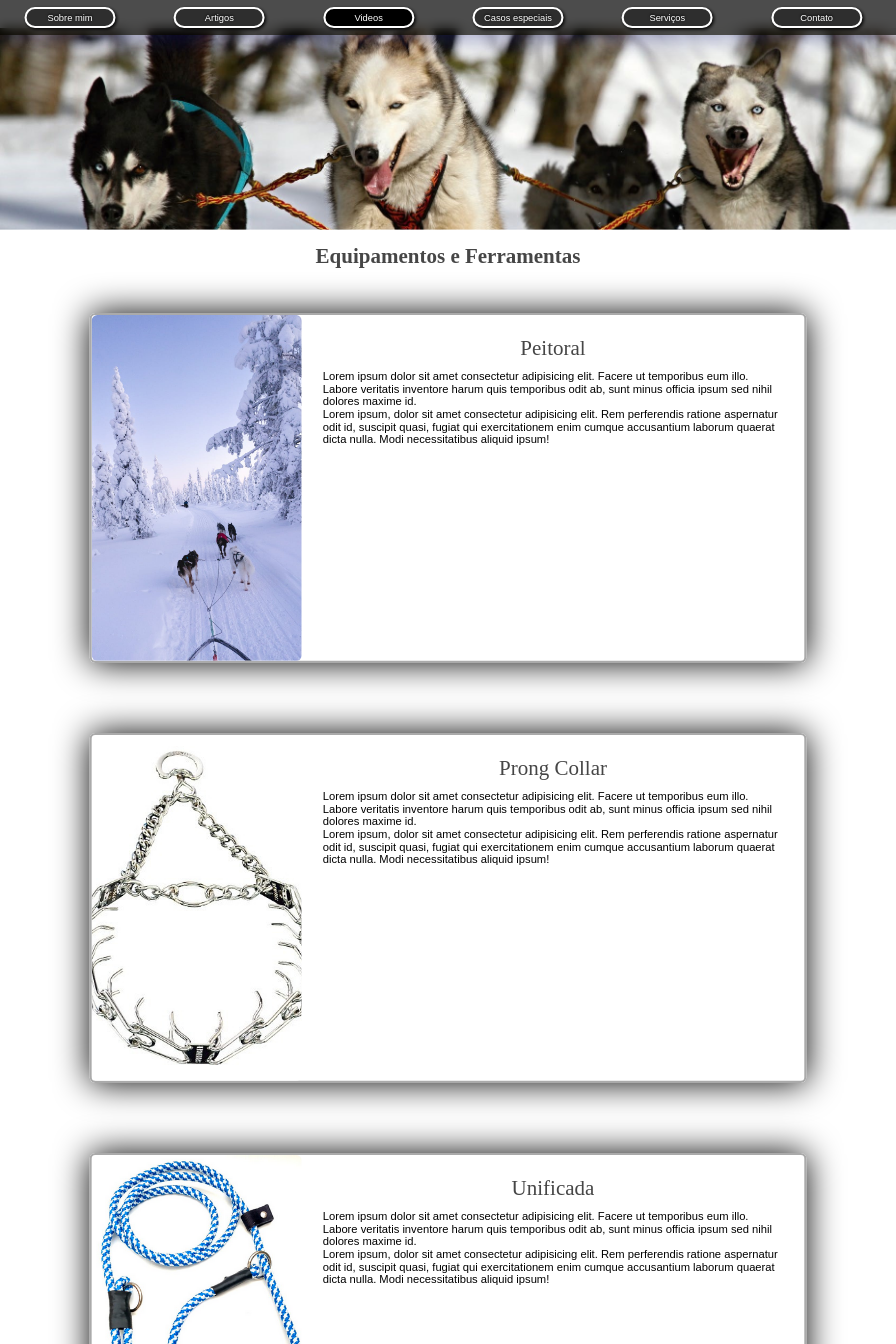
Repository: KevynMarques/Blog-React-StyledComponent
Page: /, after clicking the first element matching `button.sc-gEvEer`
The author's editor kept a copy of each file at every save. The page is drawn from the files as they stood at one save, then again after the next save.
The browser window is 1280 px wide. The pictures show the part of the page from y = 0 to 1920 px (the page is 3448 px tall before and 3353 px after), at 70% of full size.
The project was rebuilt for these pictures with package versions that can differ from the ones it lists, and the page was loaded fresh each time. Also part of the build but not shown: src/Components/Comportamental/index.jsx, src/Components/Clientes/index.jsx, src/Components/Serviços/index.jsx, src/Components/Contato/index.jsx.

Above is the page before, as saved 2022-02-21 14:28:32.

### public/index.html
<!DOCTYPE html>
<html lang="pt-BR">
  <head>
    <meta charset="utf-8" />
    <link rel="icon" href="%PUBLIC_URL%/favicon.ico" />
    <meta name="viewport" content="width=device-width, initial-scale=1" />
    <meta name="theme-color" content="#000000" />
    <meta
      name="description"
      content="Web site created using create-react-app"
    />
    <link rel="apple-touch-icon" href="%PUBLIC_URL%/logo192.png" />
    <!--
      manifest.json provides metadata used when your web app is installed on a
      user's mobile device or desktop. See https://developers.google.com/web/fundamentals/web-app-manifest/
    -->
    <!--
      Notice the use of %PUBLIC_URL% in the tags above.
      It will be replaced with the URL of the `public` folder during the build.
      Only files inside the `public` folder can be referenced from the HTML.

      Unlike "/favicon.ico" or "favicon.ico", "%PUBLIC_URL%/favicon.ico" will
      work correctly both with client-side routing and a non-root public URL.
      Learn how to configure a non-root public URL by running `npm run build`.
    -->
    <title>Adestramento DK</title>
  </head>
  <body>
    <noscript>You need to enable JavaScript to run this app.</noscript>
    <div id="root"></div>
    <!--
      This HTML file is a template.
      If you open it directly in the browser, you will see an empty page.

      You can add webfonts, meta tags, or analytics to this file.
      The build step will place the bundled scripts into the <body> tag.

      To begin the development, run `npm start` or `yarn start`.
      To create a production bundle, use `npm run build` or `yarn build`.
    -->
  </body>
</html>

### src/App.jsx
import Home from './Pages/Home';
import Sobre from './Components/Sobre/index';
import { useState, useEffect } from 'react';
import { GlobalStyle } from './GlobalStyle';
import Geral from './Components/Geral/index';


function App() {

  const [geral, setGeral]=useState(<Sobre />);

  return (
    <>
    <Home setGeral={setGeral} geral={geral}  />
    <Geral geral={geral} />
    <GlobalStyle/>
   </>
  );
}

export default App;

### src/Pages/Home/index.jsx
import React, {useState} from "react"
import {  Home, Videos, Comportamental, Serviços, Diversos, Contato } from "../../Components/Buttons/Style"
import Sobre from '../../Components/Sobre/index'
import Comport  from '../../Components/Comportamental/index'
import Clientes from '../../Components/Clientes/index'
import Serv from "../../Components/Serviços"
import Cont from '../../Components/Contato/index'
import View from "../../Components/View"
import { ContainerHeader } from "../../Components/Containers/style"




export default (props) => {

  const [ativo, setAtivo] = useState(false)
  const [ativoVideos, setAtivoVideos] = useState(true)
  const [ativoComp, setComp] = useState(true)
  const [Casos, setCasos] = useState(true)
  const [serviços, setServiços] = useState(true)
  const [contato, setContato] = useState(true)


  return (
   <>
    <ContainerHeader>

       <Home
         setAtivo={setAtivo}
         ativo={ativo}
         onClick={()=>(props.setGeral(<Sobre />),
         setAtivo(false),
         setAtivoVideos(true),
         setComp(true),
         setCasos(true),
         setServiços(true)
         )}>
         <p>Sobre mim</p>
      </Home>


       <Comportamental
          onClick={() =>(props.setGeral(<Comport />),
          setAtivo(true),
          setAtivoVideos(true),
          setComp(false),
          setCasos(true),
          setServiços(true))}

          setComp={setComp}
          ativoComp={ativoComp}>

         <p>Artigos</p>
       </Comportamental>

       <Videos
        ativoEquip={ativoVideos}
        setAtivoVideos={setAtivoVideos}
        onClick={()=>(props.setGeral(<View />),
        setAtivo(true),
        setAtivoVideos(false),
        setComp(true),
        setCasos(true),
        setServiços(true)
        )}>
        <p>Videos</p>
       </Videos>

       <Diversos
          onClick={() =>(props.setGeral(<Clientes />),
          setAtivo(true),
          setAtivoVideos(true),
          setComp(true),
          setCasos(false),
          setServiços(true))}
          setCasos={setCasos}
          Casos={Casos}>
         <p>Casos especiais</p>
       </Diversos>


       <Serviços onClick={() =>(props.setGeral(<Serv />),
        setAtivo(true),
        setAtivoVideos(true),
        setComp(true),
        setCasos(true),
        setServiços(false))}
        setServiços={setServiços}
        serviços={serviços}>
         <p>Serviços</p>
       </Serviços>

       <Contato onClick={() =>(props.setGeral(<Cont />),
        setAtivo(true),
        setAtivoVideos(true),
        setComp(true),
        setCasos(true),
        setServiços(true),
        setContato(false)
       )}
          setContato={setContato}
          contato={contato}>
         <p>Contato</p>
      </Contato>

    </ContainerHeader>
    </>
  );
}

### src/Components/Sobre/index.jsx
import Foto from '../Image/foto.png'
import LV from '../Image/LV.jpg';
import Dog from '../Image/Dog.png'
import { Tittle } from "../Textos&Titles/style";
import { ContainerBaner, ContainerBox, ContainerIMG } from "../Containers/style";
import { Info } from "../Textos&Titles/style";
import { SubTitle } from '../Textos&Titles/style';
import { TitleInfo } from '../Textos&Titles/style';


export default () => {
  return (
<>
     <ContainerBaner>
      <img src={Dog} />
     </ContainerBaner>

   <Tittle>
          Adestramento DK
  </Tittle>


  <ContainerBox>
       <ContainerIMG>
        <img src={Foto} />
       </ContainerIMG>
       <Info>
       <TitleInfo>Quem sou eu</TitleInfo>
       meu nome é Kevyn Marques sempre fui um apaixonado por cães, no ano de 2017 tive o prazer
       de fazer parte do 2BPE  onde pude ter  meu primeiro contato com cães de trabalho tanto de faro como de guarda, encantando com aqueles animais comecei a pesquisar e estudar sobre comportamento canino  e desde la eu nunca mais parei, ao longo da minha jornada como adestrador fiz inumeros cursos com pessoas que estão na aréa do adestramento a anos, tanto no esporte canino como no treinamento pet podendo ter uma visão ampla e diversificade de cada caso que passa pelas minhas mãos, tenho um orgulho enorme dos meus resultados, acredito que todos com a orientação adequada podem ter uma vida em harmonia com seus cães independente do tamanho do problema ele sempre tera solução.
       </Info>
       </ContainerBox>

  <SubTitle>  Viper e Logan !
  </SubTitle>


    <ContainerBox>
       <ContainerIMG>
        <img src={LV} />
       </ContainerIMG>
       <Info>
       <TitleInfo>Nosso dia a dia</TitleInfo>
       Apesar de ter tido cães a vida toda o meu primeiro cão de trabalho foi o Logan, meu pastor Belga Malinois que se encontra ao lado direito da foto, com o Logan vieram inumeros desafios afinal é uma raça dificil de lidar, temperamento forte muita disposição e um drive de caça altissimo, porem com a tecnica é o conhecimento adequado o Logan se tornou a melhor companhia que ja tive na vida, ja o Mali mais escuro na foto é o Viper, minha paixão por Malinois so aumenta e com isso veio mais um para familia, o pequeno Viper é bem diferente do Logan, um cão mais calmo e de um temperamento extremamente equilibrado por enquanto ainda não sei se irei treina-lo para guarda e proteção como o Logan, porem uma coisa é certa, eles fazem uma dupla e tanto !! Irei postar videos rotineiros dos treinos de ambos e espero que vocês acompanhem !
       </Info>
   </ContainerBox>
</>

  );
}

### src/GlobalStyle.jsx
import { createGlobalStyle } from 'styled-components';

 export const GlobalStyle = createGlobalStyle`
  * {
    margin: 0;
    padding: 0;
    box-sizing: border-box;

  }
`;

### src/Components/Geral/index.jsx
import React from "react"

export default (props) => {

  return (

    <>
    {props.geral}
    </>

  );

}

### src/Components/Buttons/Style.jsx
import styled from "styled-components";


export const Home = styled.button `
background:${props => props.ativo ? '#2e2e2e' : '#000000'};
font-family: Arial, Helvetica, sans-serif;
font-style:normal;
color:#ffffff;
border:3px solid #ffffff;
text-shadow:0px -1px 3px #000000;
box-shadow:2px 2px 5px #000000;
box-shadow:2px 2px 5px #000000;
box-shadow:2px 2px 5px #000000;
border-radius:25px 25px 25px 25px;
border-radius:25px 25px 25px 25px;
border-radius:25px 25px 25px 25px;
width:130px;
height: 30px;

&:hover {
  background-color: black;
}

cursor:pointer;
margin:0 auto;
margin-left: 35px;

&:active {
  transform: scale(0.9);
}

`;


export const Videos = styled(Home) `

background:${props => props.ativoEquip ? '#2e2e2e' : '#000000'};

`;

export const Comportamental = styled(Home) `

background:${props => props.ativoComp ? '#2e2e2e' : '#000000'};

`;


export const Diversos = styled(Home) `

background:${props => props.Casos? '#2e2e2e' : '#000000'};

`;


export const Serviços = styled(Home) `

background:${props => props.serviços? '#2e2e2e' : '#000000'};

`;

export const Contato = styled(Home) `

background:#2e2e2e;

`;

### src/Components/View/index.jsx

import Caes from '../Image/Equip.jpeg'
import Caixa from '../Image/Caixa.jpg'
import Peitoral  from '../Image/peitoral.jpeg'
import Prong from '../Image/prong.jpg'
import Unificada from '../Image/unificada.jpg'
import Eletronico from '../Image/eletronico.jpg'
import { ContainerBaner } from '../Containers/style'
import { SubTitle, TitleInfo } from '../Textos&Titles/style'
import { ContainerIMG, ContainerBox } from '../Containers/style'
import { Info } from '../Textos&Titles/style'




export default () => {
  return (
    <>
    <ContainerBaner>
    <img src={Caes} />
    </ContainerBaner>

    <SubTitle>
      Equipamentos e Ferramentas
    </SubTitle>

         <ContainerBox>
         <ContainerIMG>
         <img src={Peitoral} />
         </ContainerIMG>
         <Info>
         <TitleInfo>Peitoral</TitleInfo>
        Lorem ipsum dolor sit amet consectetur adipisicing elit. Facere ut temporibus eum illo. Labore veritatis inventore harum quis temporibus  odit ab, sunt minus officia ipsum sed nihil dolores maxime id.
        <br></br>
        Lorem ipsum, dolor sit amet consectetur adipisicing elit. Rem perferendis ratione aspernatur odit id, suscipit quasi, fugiat qui  exercitationem  enim cumque accusantium laborum quaerat dicta nulla. Modi necessitatibus aliquid ipsum!
        </Info>
        </ContainerBox>


       <ContainerBox>
       <ContainerIMG>
        <img src={Prong} />
       </ContainerIMG>
       <Info>
       <TitleInfo>Prong Collar</TitleInfo>
       Lorem ipsum dolor sit amet consectetur adipisicing elit. Facere ut temporibus eum illo. Labore veritatis inventore harum quis temporibus odit ab, sunt minus officia ipsum sed nihil dolores maxime id.
       <br></br>
        Lorem ipsum, dolor sit amet consectetur adipisicing elit. Rem perferendis ratione aspernatur odit id, suscipit quasi, fugiat qui  exercitationem  enim cumque accusantium laborum quaerat dicta nulla. Modi necessitatibus aliquid ipsum!
        </Info>
       </ContainerBox>


     <ContainerBox>
       <ContainerIMG>
        <img src={Unificada} />
       </ContainerIMG>
       <Info>
       <TitleInfo>Unificada</TitleInfo>
       Lorem ipsum dolor sit amet consectetur adipisicing elit. Facere ut temporibus eum illo. Labore veritatis inventore harum quis temporibus odit ab, sunt minus officia ipsum sed nihil dolores maxime id.
       <br></br>
        Lorem ipsum, dolor sit amet consectetur adipisicing elit. Rem perferendis ratione aspernatur odit id, suscipit quasi, fugiat qui  exercitationem  enim cumque accusantium laborum quaerat dicta nulla. Modi necessitatibus aliquid ipsum!
        </Info>
       </ContainerBox>

       <ContainerBox>
       <ContainerIMG>
        <img src={Caixa} />
       </ContainerIMG>
       <Info>
       <TitleInfo>Caixa</TitleInfo>
       Lorem ipsum dolor sit amet consectetur adipisicing elit. Facere ut temporibus eum illo. Labore veritatis inventore harum quis temporibus odit ab, sunt minus officia ipsum sed nihil dolores maxime id.
       <br></br>
        Lorem ipsum, dolor sit amet consectetur adipisicing elit. Rem perferendis ratione aspernatur odit id, suscipit quasi, fugiat qui  exercitationem  enim cumque accusantium laborum quaerat dicta nulla. Modi necessitatibus aliquid ipsum!
        </Info>
       </ContainerBox>


       <ContainerBox>
       <ContainerIMG>
        <img src={Eletronico} />
       </ContainerIMG>
       <Info>
       <TitleInfo>Colar eletronico</TitleInfo>
       Lorem ipsum dolor sit amet consectetur adipisicing elit. Facere ut temporibus eum illo. Labore veritatis inventore harum quis temporibus odit ab, sunt minus officia ipsum sed nihil dolores maxime id.
       <br></br>
        Lorem ipsum, dolor sit amet consectetur adipisicing elit. Rem perferendis ratione aspernatur odit id, suscipit quasi, fugiat qui  exercitationem  enim cumque accusantium laborum quaerat dicta nulla. Modi necessitatibus aliquid ipsum!
        </Info>
       </ContainerBox>
    </>
  );
}

### src/Components/Containers/style.jsx
import  styled  from "styled-components";



export const  ContainerHeader  = styled.div `
     width: 100vw;
     height: 50px;
     margin: 0;
     position: fixed;
     z-index: 99999;
     background: rgba( 0, 0, 0, 0.7 );
     box-shadow: 0 8px 32px 0 rgba( 31, 38, 135, 0.37 );
     backdrop-filter: blur( 7.5px );
     -webkit-backdrop-filter: blur( 7.5px );
     color:white;
     display: flex;
     align-items: center;
     justify-content: center;
`;



export const ContainerBaner= styled.div `
  width: 100%;
  height: 40vh;


    img {
    width: 100%;
    height: 100%;
    object-fit: cover;
    margin-top: 40px;

    }
`;


export const  ContainerBox = styled.section `
  height: 500px;
  border: solid 3px #aaaaaa;
  width: 80vw;
  margin: 100px  10%;
  border-radius: 8px;
  box-shadow: 0 0 3em Black;
  display: flex;
  `;


export const ContainerIMG = styled.div `

    min-width:300px;
    height:494px;

  img {
    object-fit: cover;
    width: 100%;
    height: 100%;
    border-radius: 8px;
  }

`;

### src/Components/Textos&Titles/style.jsx
import styled from 'styled-components'



export const Tittle = styled.h1`
@import url('https://fonts.googleapis.com/css2?family=Bangers&display=swap');
color: #312f2f;
font-size: 60px;
font-family: 'Bangers', cursive;
text-align: center;
height: 40px;
margin-top: 45px;
`;


export const Info = styled.p`
 margin: 30px;
 font-family: Arial, Helvetica, sans-serif;
`;


export const SubTitle = styled.h2 `
 text-align: center;
 font-size: 30px;
 margin-top: 60px;
 font-family: Arial, Helvetica, sans-serif;
 color: #464646;
 margin-bottom: -35px;
 font-family: 'Bangers', cursive;
`;


export const TitleInfo = styled.div `
 text-align: center;
 font-size: 30px;
 font-family: Arial, Helvetica, sans-serif;
 color: #464646;
 font-family: 'Bangers', cursive;
 margin-bottom: 15px;
`;

Loaded but not shown: src/index.js (common file)

After the next save:
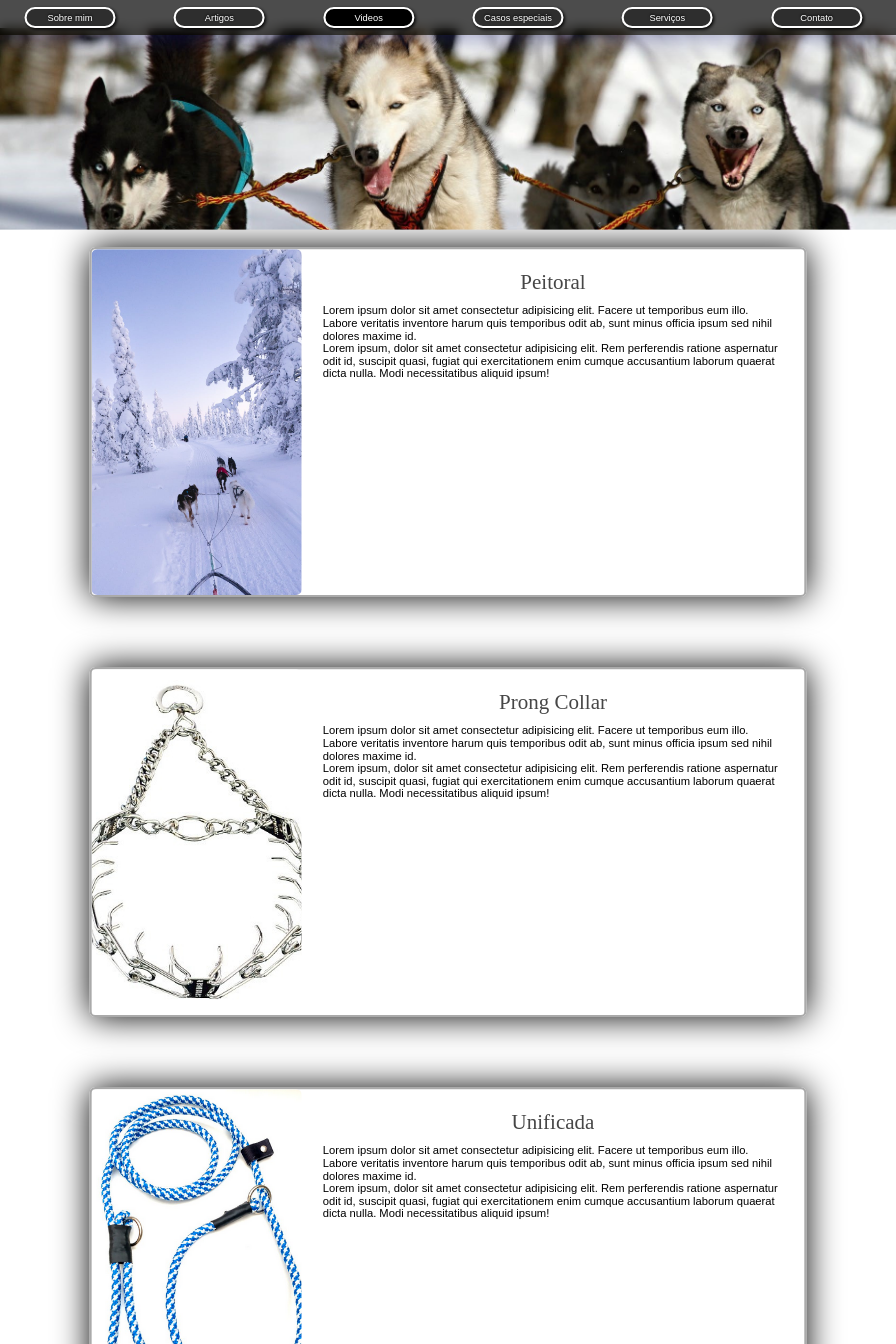
Saved 20 s later.
--- a/src/Components/View/index.jsx
+++ b/src/Components/View/index.jsx
@@ -21,7 +21,7 @@ export default () => {
     </ContainerBaner>
 
     <SubTitle>
-      Equipamentos e Ferramentas
+
     </SubTitle>
 
          <ContainerBox>

After the save that followed:
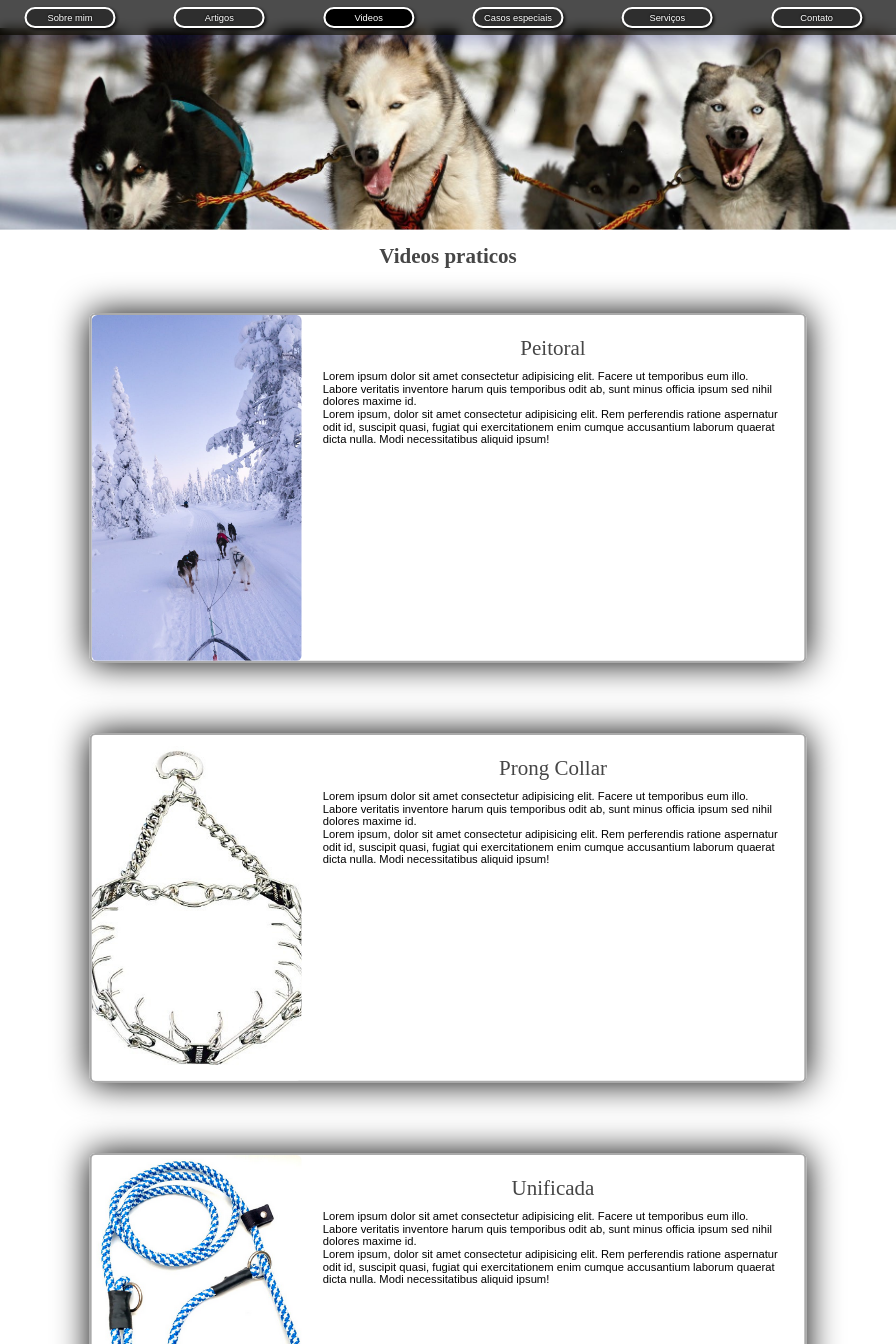
Saved 9 s later.
--- a/src/Components/View/index.jsx
+++ b/src/Components/View/index.jsx
@@ -21,7 +21,7 @@ export default () => {
     </ContainerBaner>
 
     <SubTitle>
-
+      Videos praticos
     </SubTitle>
 
          <ContainerBox>
